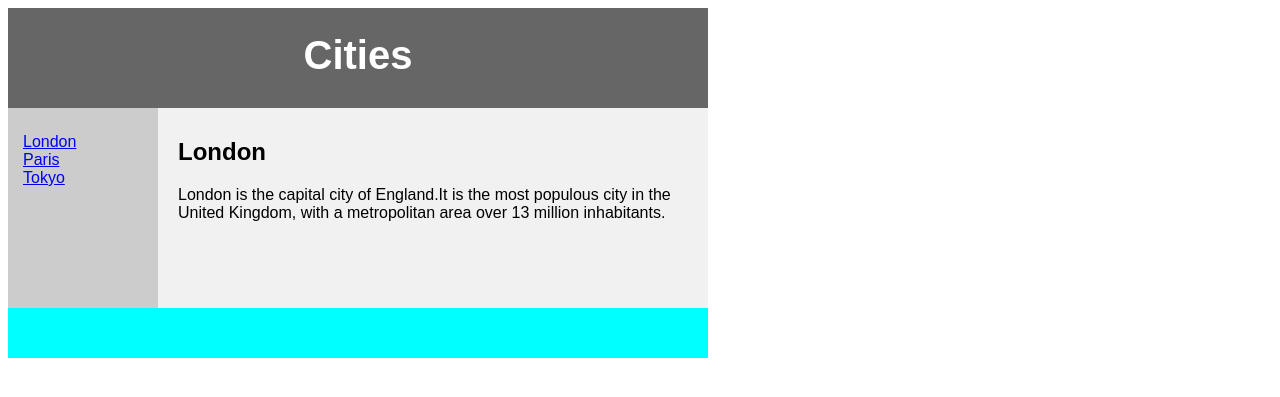
Repository: LongNguyen2504/T3H-FrondEnd
Page: Lesson3_CSS_HomeWork1.html
An editor plug-in stored every save of this project. The page is shown before and after the next save, followed by the edit.
The browser window is 1280 px wide. The pictures show the whole page.

Above is the page before, as saved 2021-12-01 18:10:25.

### Lesson3_CSS_HomeWork1.html
<!DOCTYPE html>
<html lang="en">
<head>
    <meta charset="UTF-8">
    <meta http-equiv="X-UA-Compatible" content="IE=edge">
    <meta name="viewport" content="width=device-width, initial-scale=1.0">
    <title>Document</title>
    <link rel="stylesheet" href="Lesson3_CSS_HomeWork1.css">
</head>
<body>
    <div class="ancestor-div" >
        <div class="city-div"  >
            <div class="div-text-city">Cities</div>
        </div>
        <div class="left-column">
            <div3 class="list">
                <li class="first-list"><a href="#1">London</a></li>
                <li class="first-list"><a href="#3">Paris</a></li>
                <li class="first-list"><a href="#2">Tokyo</a></li>
            </div3>
        </div>
        <div class="right-column">
            <div class="paragraph">
                <h2 class="header-London">London</h2>
                <p>
                    London is the capital city of England.It is the most populous city in
                    the United Kingdom, with a metropolitan area over 13 million inhabitants.
                </p>
            </div>
        </div>
    </div>

</body>
</html>

### Lesson3_CSS_HomeWork1.css
div.ancestor-div{
    background-color: aqua;
    width: 700px; height: 350px;

    font-family: Arial, Helvetica, sans-serif;
}
div.city-div{
    background-color: #666666;

    /* height: 80px; */
    color: white;
    height: 100px;

}
div.div-text-city{
    text-align:  center;
    font-size: 40px;
    position: relative;
    top: 25px;
    font-weight: bold;
}
div.left-column{
    width: 150px;
    height: 200px;
    background-color: #cccccc;
    /* display: inline-block; */
}
li.first-list{
    position: relative;
    top: 25px;
    left: 15px;
    list-style-type: none;

}
div.right-column{
    /* display: inline-block; */
    /* margin-left: 25px ; */
    background-color: #f1f1f1 ;
    width: 550px;
    height: 200px;
    position: relative;
    left: 150px;
    bottom: 220px;
}
div.paragraph{
    position: relative;
    top: 30px;
    margin-left: 20px;
}

After the next save:
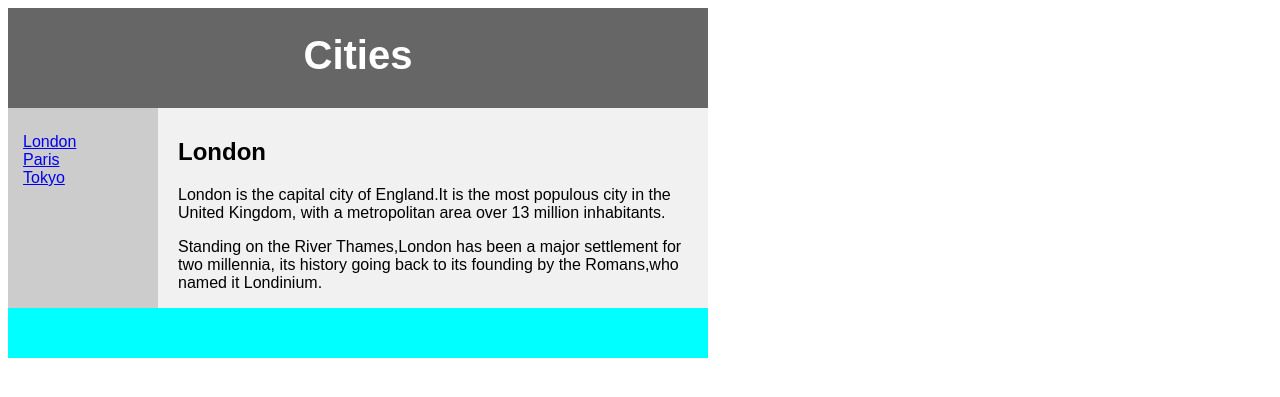
Saved 100 s later.
--- a/Lesson3_CSS_HomeWork1.html
+++ b/Lesson3_CSS_HomeWork1.html
@@ -22,9 +22,13 @@
         <div class="right-column">
             <div class="paragraph">
                 <h2 class="header-London">London</h2>
-                <p>
+                <p id="London-paragraph">
                     London is the capital city of England.It is the most populous city in
                     the United Kingdom, with a metropolitan area over 13 million inhabitants.
+                </p>
+                <p id="standing-paragraph">
+                    Standing on the River Thames,London has been a major settlement for two millennia,
+                    its history going back to its founding by the Romans,who named it Londinium.
                 </p>
             </div>
         </div>
